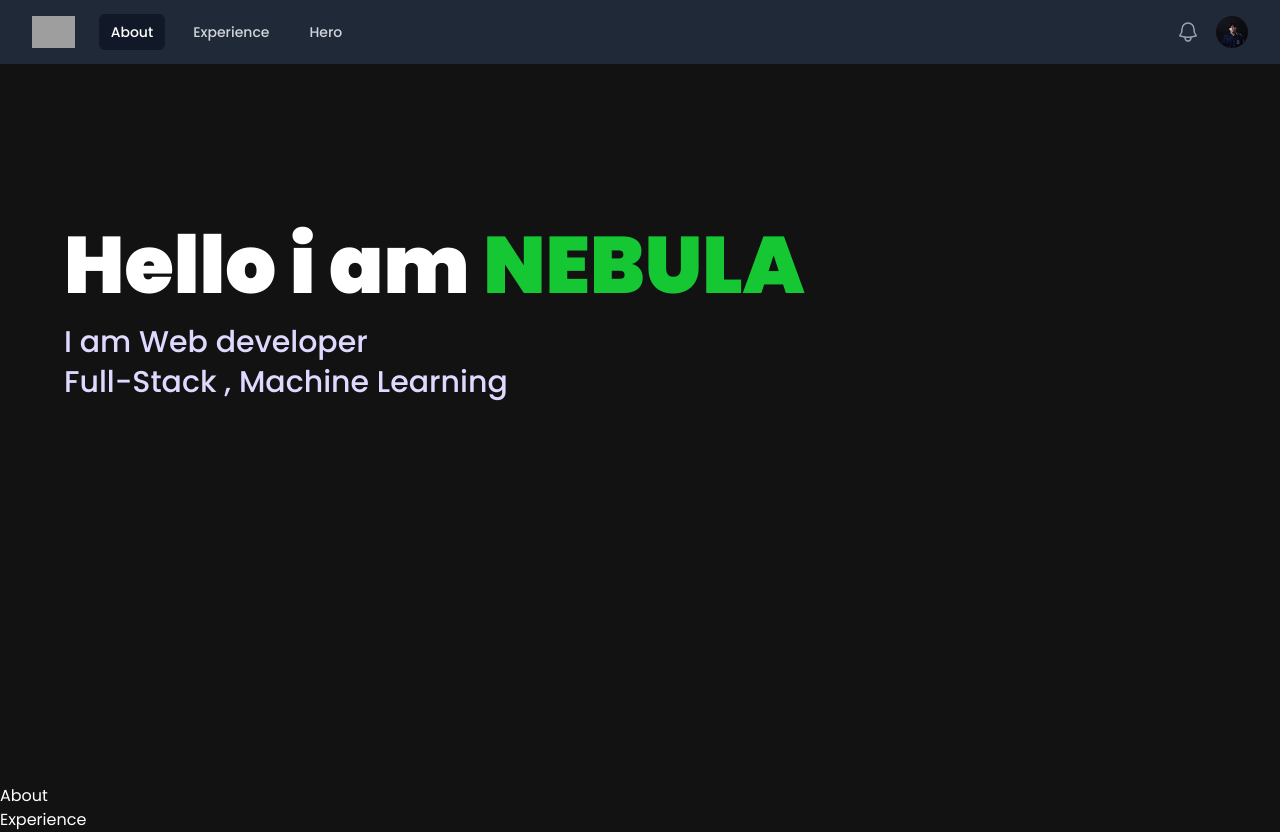
Repository: supakorn5039-boon/React-f
Page: /
An editor plug-in stored every save of this project. The page is shown before and after the next save, followed by the edit.
The browser window is 1280 px wide. The pictures show the whole page.
Pictures or frames that could not be fetched are drawn as grey boxes. The project was rebuilt for these pictures with package versions that can differ from the ones it lists, and the page was loaded fresh each time. Also part of the build but not shown: vite.config.js.

Above is the page before, as saved 2024-01-09 15:03:15.

After the next save:
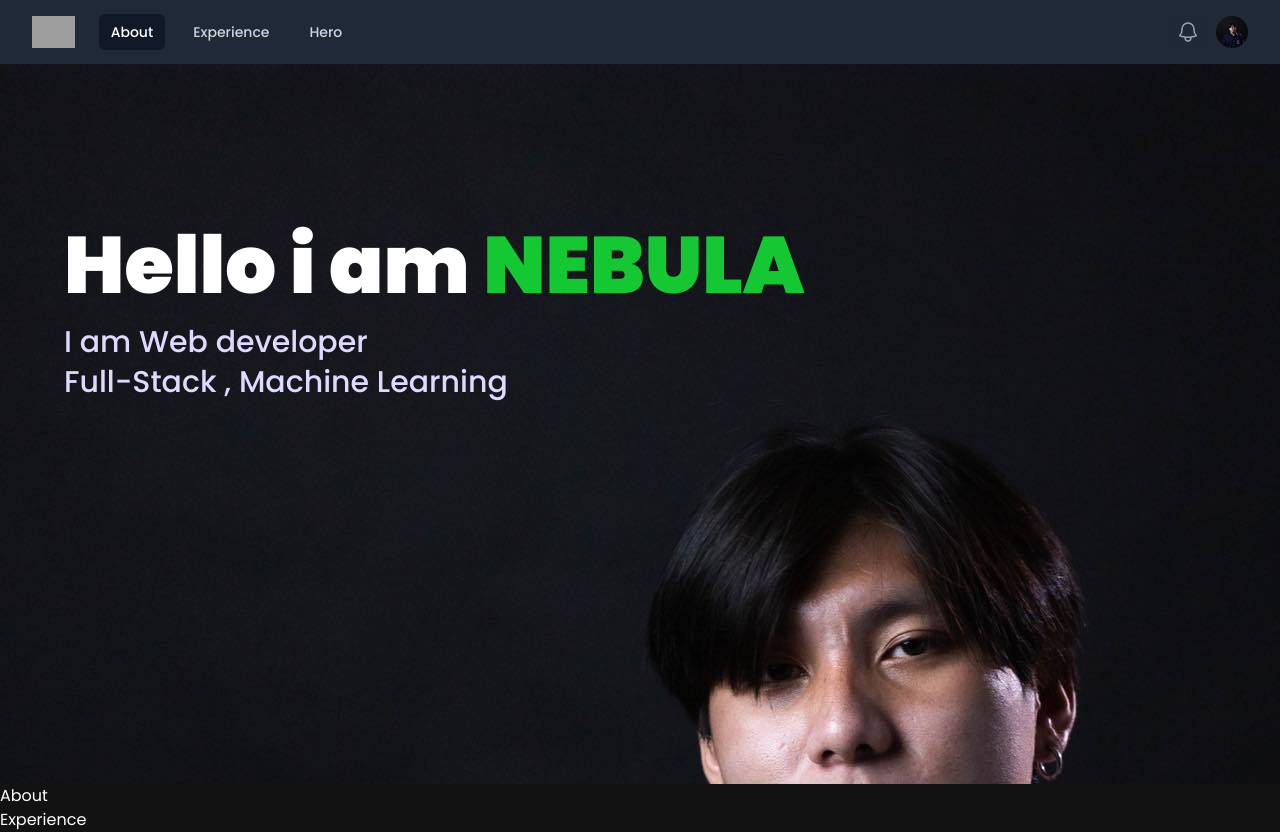
Saved 4 s later.
--- a/src/index.css
+++ b/src/index.css
@@ -12,7 +12,7 @@
   scroll-behavior: smooth;
   color-scheme: dark;
 }
-.bg-lufy {
+.bg-boon {
   background-image: url("./assets/Photo.jpg");
 }
 .section {
